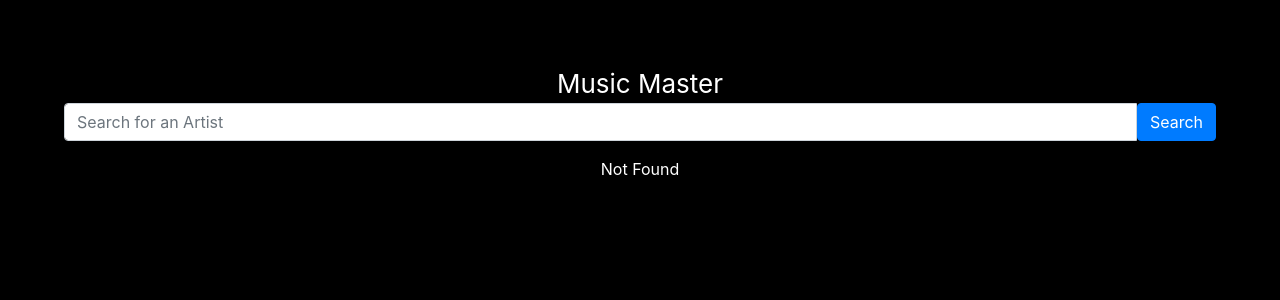
Repository: the-manohar/music
Page: /
The author's editor kept a copy of each file at every save. The page is drawn from the files as they stood at one save, then again after the next save.
The browser window is 1280 px wide. The pictures show the whole page.
The project was rebuilt for these pictures with package versions that can differ from the ones it lists, and the page was loaded fresh each time. Also part of the build but not shown: src/Profile.js, src/Gallery.js.

Above is the page before, as saved 2020-07-19 16:35:09.

After the next save:
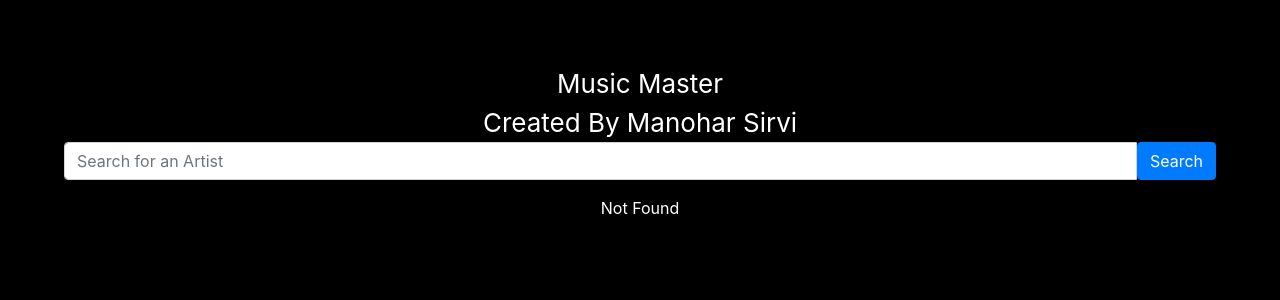
Saved 6 min 40 s later.
--- a/src/App.js
+++ b/src/App.js
@@ -49,6 +49,8 @@ class App extends Component {
     return (
       <div className="App">
         <div className="App-title">Music Master</div>
+        <div className="App-title">Created By Manohar Sirvi</div>
+
         <FormGroup>
           <InputGroup>
             <FormControl
